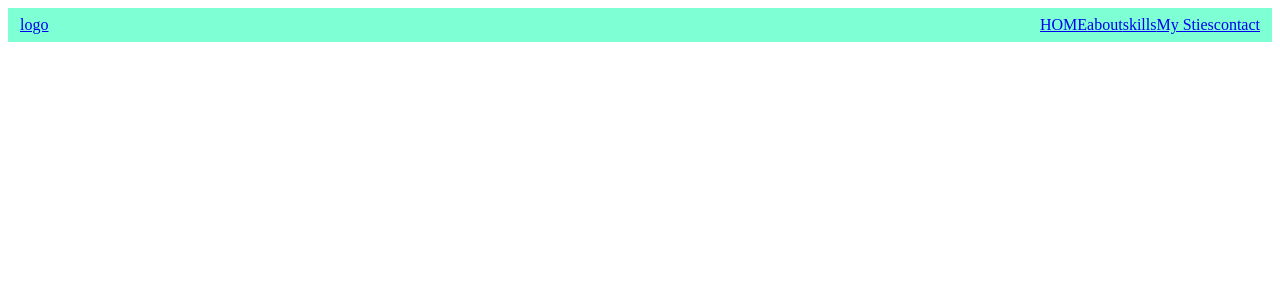
Repository: jun01270/jun
Page: index.html
These files come from the project's save history. The page is drawn as it stood at one moment and after the next save; the edit follows.
The browser window is 1280 px wide. The pictures show the whole page.

Above is the page before, as saved 2023-05-08 16:06:03.

### index.html
<!DOCTYPE html>
<html lang="en">
<head>
    <meta charset="UTF-8">
    <meta http-equiv="X-UA-Compatible" content="IE=edge">
    <meta name="viewport" content="width=device-width, initial-scale=1.0">
    <link rel="stylesheet" href="main.css">
    <title>Document</title>
</head>
<body>
    <nav class="navbar">
            <div class="logo"><a href="#home">logo</a></div>
            <ul class="menu-bar">
                <li><a href="#home" class="menu-btn" id="homeID">HOME</a></li>
                <li><a href="#about" class="menu-btn" id="homeID">about</a></li>
                <li><a href="#skills" class="menu-btn">skills</a></li>
                <li><a href="#my-sites" class="menu-btn">My Sties</a></li>
                <li><a href="#contact" class="menu-btn">contact</a></li>
            </ul>
    </nav>
</body>
</html>

### main.css
html{
    scroll-behavior: smooth;
}

.navbar{
    display: flex;
    justify-content: space-between;
    align-items: center;
    background-color: aquamarine;
    padding: 8px 12px;
}

.menu-bar{
    list-style:none;
    display: flex;
    margin: 0;
    padding-left:0;
}

After the next save:
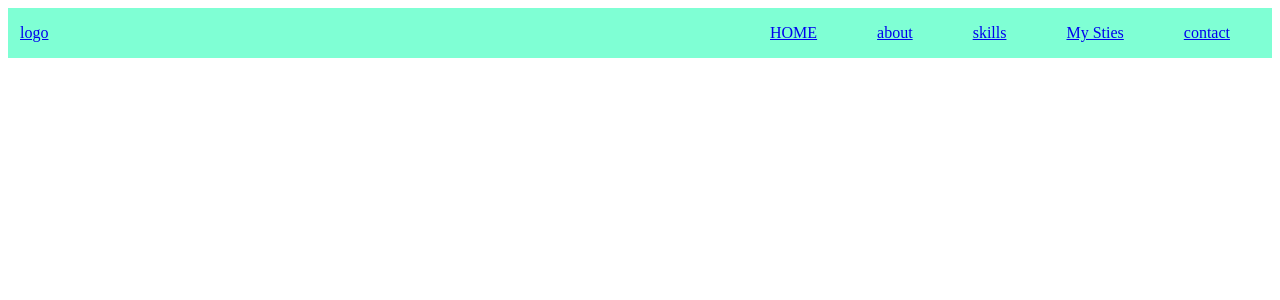
Saved 27 s later.
--- a/main.css
+++ b/main.css
@@ -16,3 +16,7 @@ html{
     margin: 0;
     padding-left:0;
 }
+
+.menu-bar li{
+    padding:8px 30px;
+}
